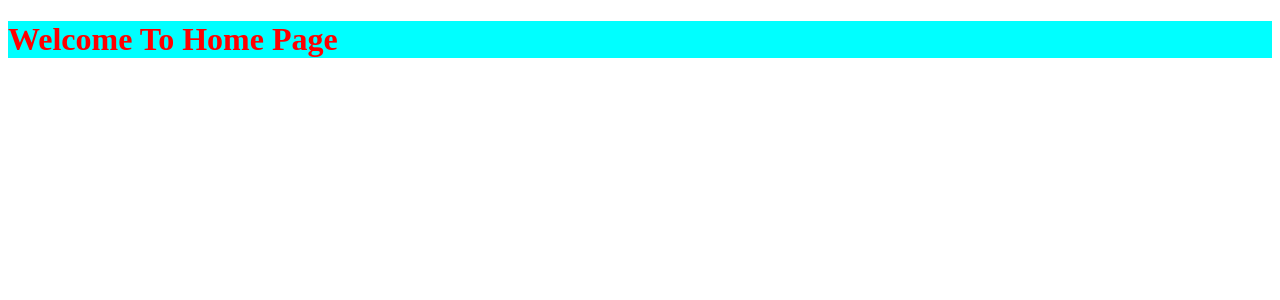
Repository: Raviteja6671/Django
Page: myProject/basic/templates/home.html
These files come from the project's save history. The page is drawn as it stood at one moment and after a run of saves; the edit follows.
The browser window is 1280 px wide. The pictures show the whole page.

Above is the page before, as saved 2025-12-07 19:44:28.

After the next 5 saves:
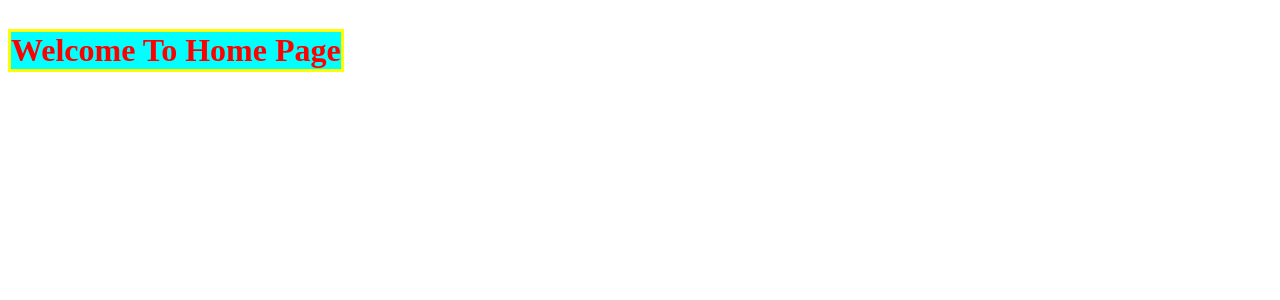
The 5 saves are shown as one change because they came seconds apart.
The last was saved 12 s later.
--- a/myProject/basic/templates/home.html
+++ b/myProject/basic/templates/home.html
@@ -8,7 +8,8 @@
         h1{
             background-color: aqua;
             color: red;
-            border: 3px solid ye;
+            border: 3px solid yellow;
+            display: inline-block;
         }
     </style>
 </head>
